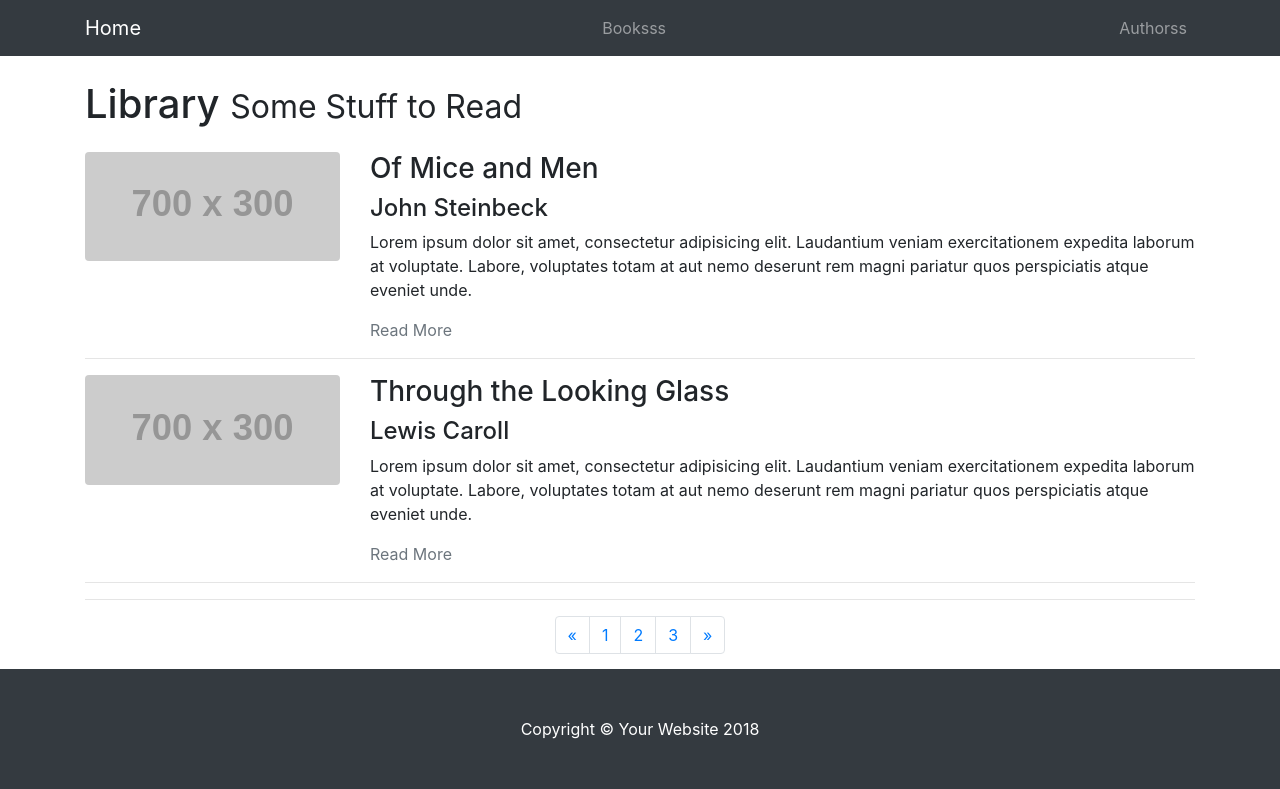
Repository: rosiehsmith/recipebook
Page: http://localhost/books
These files come from the project's save history. The page is drawn as it stood at one moment and after the next save; the edit follows.
The browser window is 1280 px wide. The pictures show the whole page.
The page is served by the project's Node server (app.js).

Above is the page before, as saved 2019-01-07 07:28:25.

After the next save:
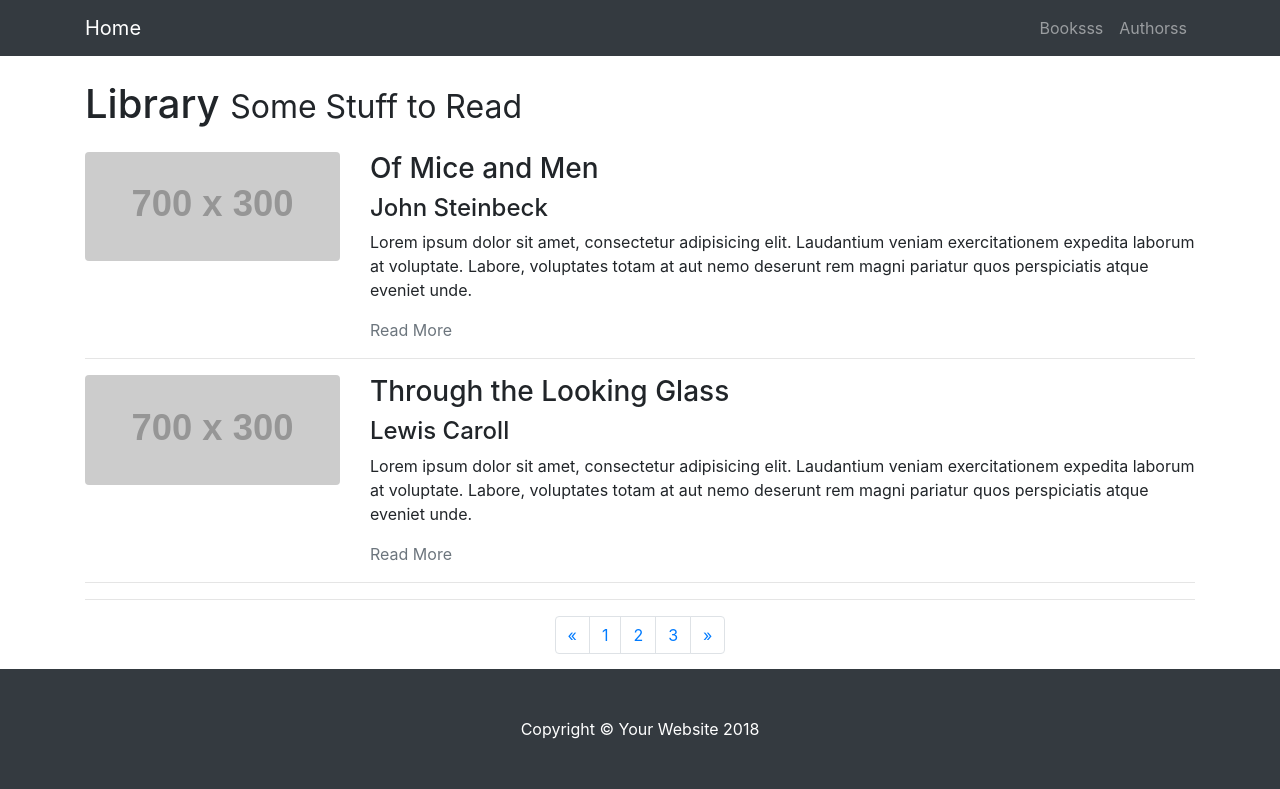
Saved 1 s later.
--- a/src/views/bookListView.ejs
+++ b/src/views/bookListView.ejs
@@ -28,13 +28,13 @@
           <span class="navbar-toggler-icon"></span>
         </button>
         <div class="collapse navbar-collapse" id="navbarResponsive">
-          <%for(let i=0; i<nav.length;i++) {%>
           <ul class="navbar-nav ml-auto">
-            <li class="nav-item">
-              <a class="nav-link" href="<%=nav[i].link%>"><%=nav[i].title%></a>
-            </li>
+            <%for(let i=0; i<nav.length;i++) {%>
+              <li class="nav-item">
+                <a class="nav-link" href="<%=nav[i].link%>"><%=nav[i].title%></a>
+              </li>
+            <%}%>
           </ul>
-          <%}%>
         </div>
       </div>
     </nav>
